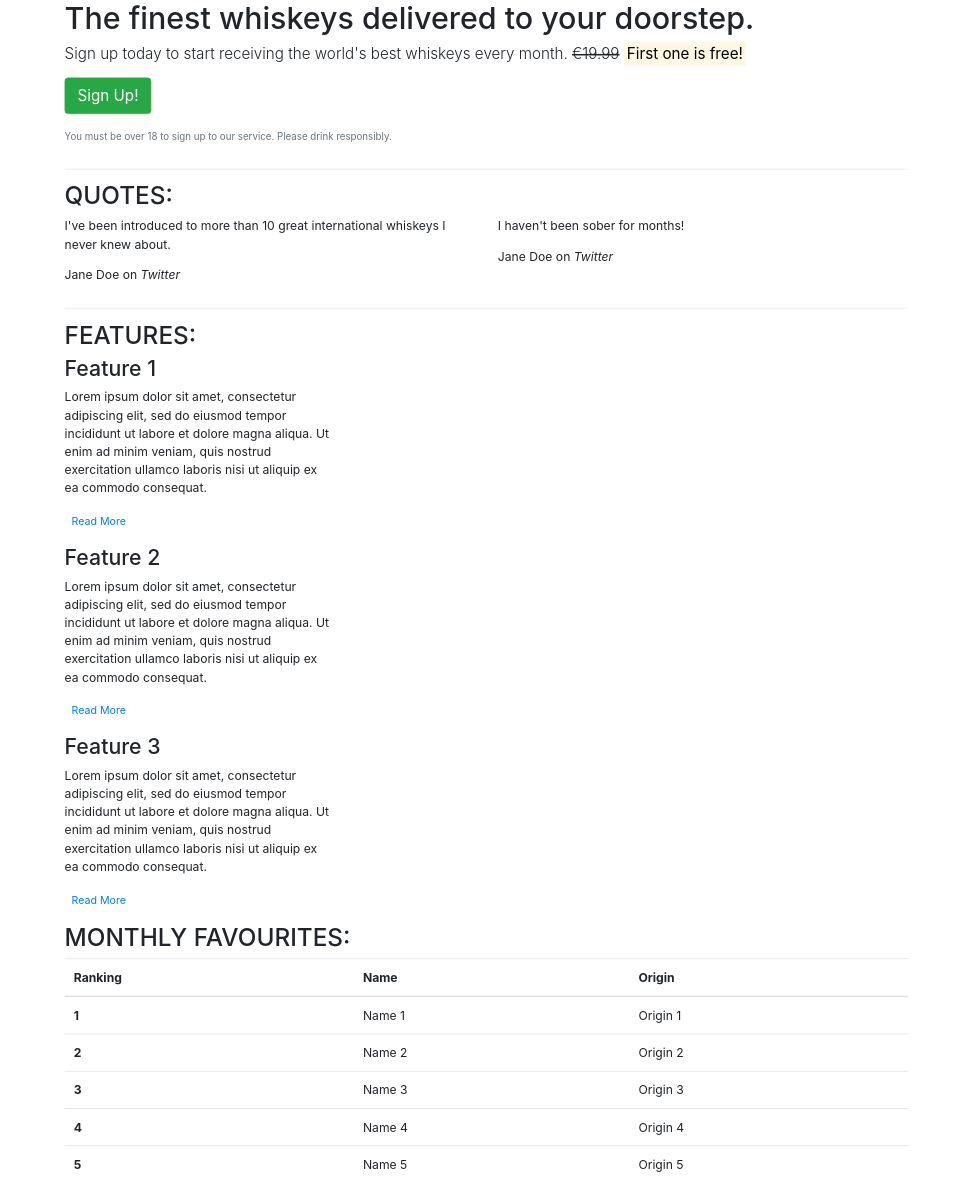
Repository: ElaineArchbold/bootstrap_landing_page1
Page: index.html
The author's editor kept a record of every edit. The page is drawn from the files as they stood at one moment, then again after the next edit.
The browser window is 1280 px wide. The pictures show the whole page, at 76% of full size.

Above is the page before.

After the next edit:
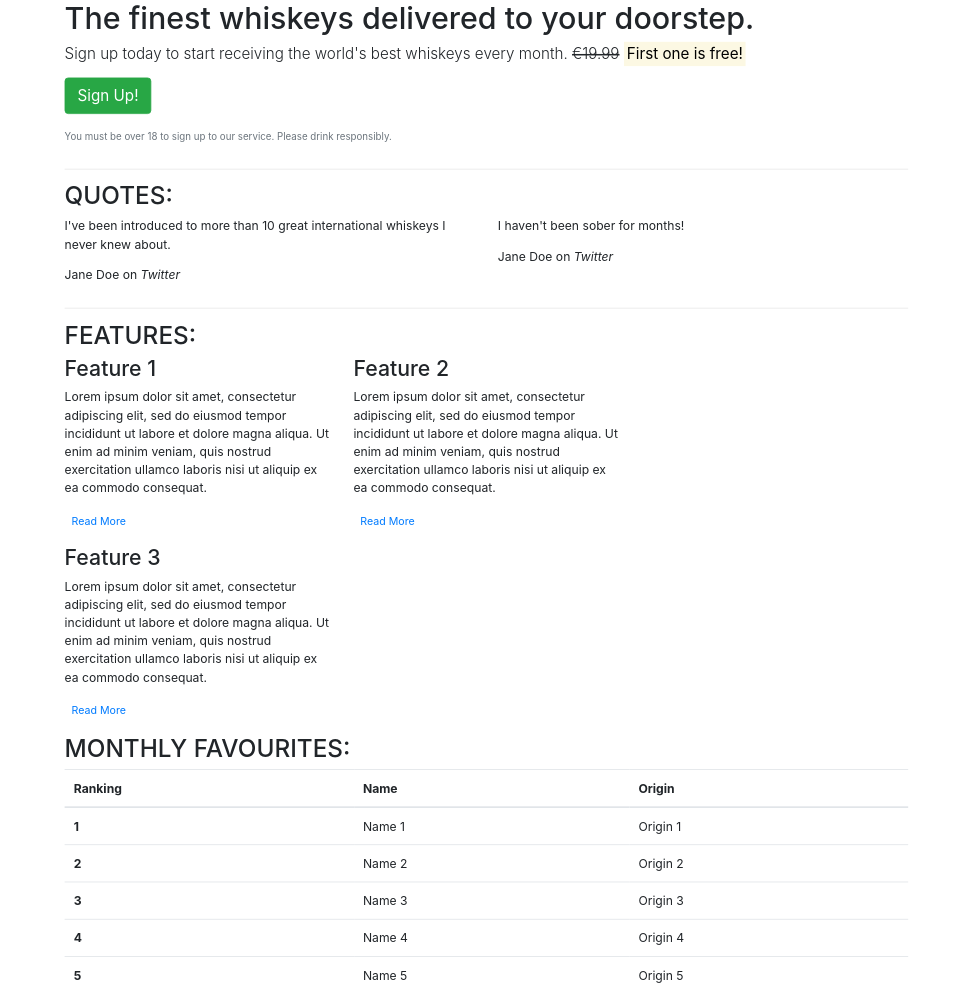
The edit:
--- a/index.html
+++ b/index.html
@@ -66,8 +66,8 @@
                         <p><a class="btn btn-sm btn-default" href="">Read More</a></p>
                     </div>
                 </div>
-                <div class="feature">
-                    <div class="col-12 col-md-6 col-lg-4">
+                <div class="col-12 col-md-6 col-lg-4">
+                    <div class="feature">
                         <h3>Feature 2</h3>
                         <p>Lorem ipsum dolor sit amet, consectetur adipiscing elit, sed do eiusmod tempor incididunt ut labore et dolore magna aliqua. Ut enim ad minim veniam, quis nostrud exercitation ullamco laboris nisi ut aliquip ex ea commodo consequat.</p>
                         <p><a class="btn btn-sm btn-default" href="">Read More</a></p>
